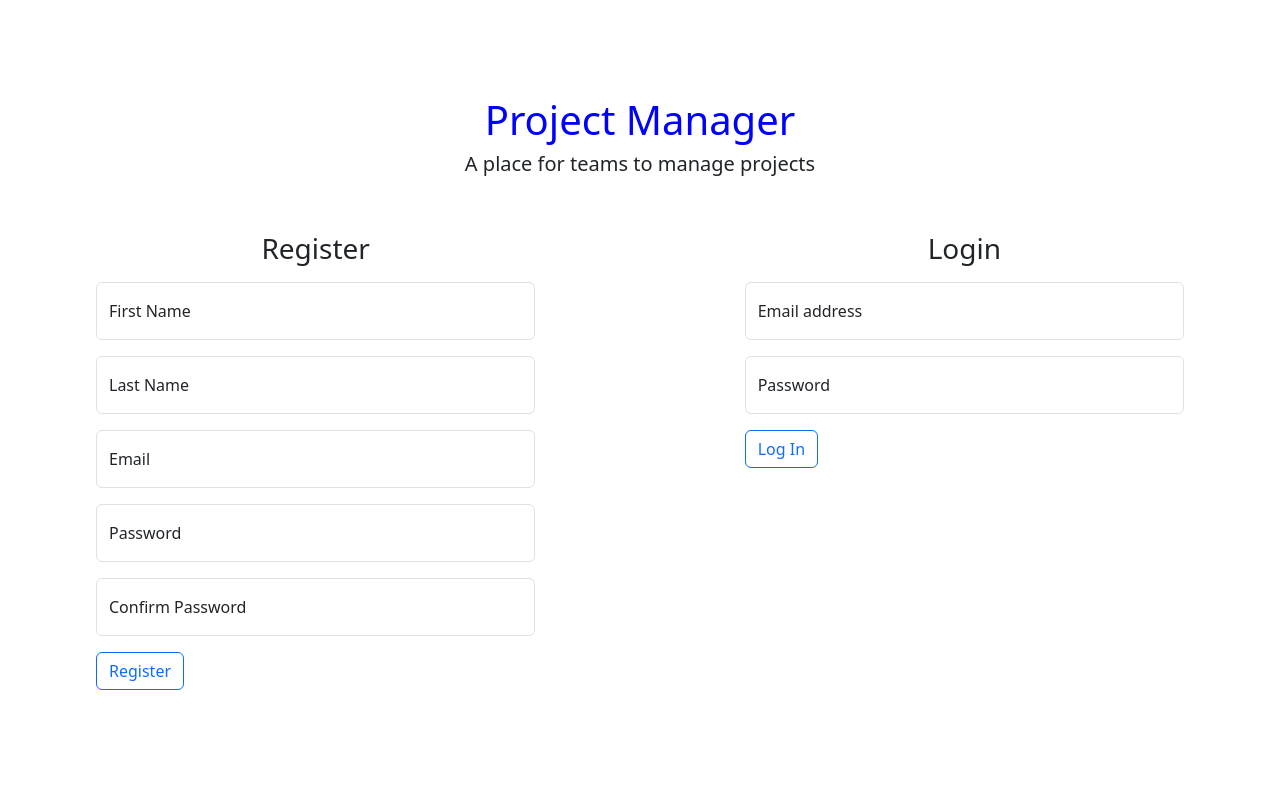
Repository: ShathaMorales/Java-Stack
Page: http://localhost/LoginRegistration/WEB-INF/index.jsp
The author's editor kept a copy of each file at every save. The page is drawn from the files as they stood at one save, then again after the next save.
The browser window is 1280 px wide. The pictures show the whole page.
The page is served by Tomcat 10. Nobody is signed in. Other server files are loaded and not shown. The template is opened directly, without the code that normally fills it, so the values that code supplies are empty.

Above is the page before, as saved 2023-05-13 09:24:40.

### _java/FullSpring/ProjectManager/LoginRegistration/src/main/webapp/WEB-INF/index.jsp
<%@ page language="java" contentType="text/html; charset=UTF-8" pageEncoding="UTF-8"%>
<%@ taglib prefix = "c" uri = "http://java.sun.com/jsp/jstl/core" %>
<%@ taglib uri="http://java.sun.com/jsp/jstl/fmt" prefix="fmt"  %>
<%@ taglib prefix="form" uri="http://www.springframework.org/tags/form"%>
<%@ page isErrorPage="true" %>
<!DOCTYPE html>
<html>
<head>
<meta charset="UTF-8">
<link href="https://cdn.jsdelivr.net/npm/bootstrap@5.3.0-alpha3/dist/css/bootstrap.min.css" rel="stylesheet" integrity="sha384-KK94CHFLLe+nY2dmCWGMq91rCGa5gtU4mk92HdvYe+M/SXH301p5ILy+dN9+nJOZ" crossorigin="anonymous">
<title>Login and Registration</title>
</head>
<body>
	<div class="container-md-fluid m-5 p-5">
    	<div class="row justify-content-between">
    	<h1 style="color:blue"class="text-center">Project Manager</h1>
    	<h5 class="text-center">A place for teams to manage projects</h5>
            <div class = "col-5 mt-5">
    			<h3 class="text-center">Register</h3>
                <form:form action="/register" method="post" modelAttribute="newUser">
                    <div class="form-floating my-3">
                      <form:input path="firstName" class="form-control" name = "firstName" id="floatingInput" placeholder="name@example.com"/>
                      <form:label path="firstName" for="floatingInput">First Name</form:label>
                        <form:errors path="firstName" class = "my-3" style="color: blue;"/>
                    </div>
                    <div class="form-floating my-3">
                      <form:input path="lastName" class="form-control" name = "lastName" id="floatingInput" placeholder="name@example.com"/>
                      <form:label path="lastName" for="floatingInput">Last Name</form:label>
                        <form:errors path="lastName" class = "my-3" style="color: blue;"/>
                    </div>
                    <div class="form-floating my-3">
                      <form:input type="email" path="email" class="form-control" name = "email" id="floatingInput" placeholder="name@example.com"/>
                      <form:label path="email" for="floatingInput">Email</form:label>
                        <form:errors path="email" class = "my-3" style="color: blue;"/>
                    </div>
                    <div class="form-floating my-3">
                      <form:input type="password" path="password" class="form-control" name = "password" id="floatingInput" placeholder="name@example.com"/>
                      <form:label path="password" for="floatingInput">Password</form:label>
                        <form:errors path="password" class = "my-3" style="color: blue;"/>
                    </div>
                    <div class="form-floating my-3">
                      <form:input type="password"  path="confirm" class="form-control" name = "confirm" id="floatingInput" placeholder="name@example.com"/>
                      <form:label path="confirm" for="floatingInput">Confirm Password</form:label>
                        <form:errors path="confirm" class = "my-3" style="color: blue;"/>
                    </div>
                    <button type="submit" class="btn btn-outline-primary align-self-center">Register</button>
                    </form:form>
    		</div>
    		 <div class = "col-5 mt-5">
    			<h3 class="text-center">Login</h3>
                <form:form action="/login" method="post" modelAttribute="newLogin">
                    <div class="form-floating my-3">
                      <form:input type="email" path="email" class="form-control" name = "email" id="floatingInput" placeholder="name@example.com"/>
                      <form:label path="email" for="floatingInput">Email address</form:label>
                        <form:errors path="email" class = "my-3" style="color: blue;"/>
                    </div>
                    <div class="form-floating my-3">
                      <form:input type="password" path="password" class="form-control" name = "password" id="floatingInput" placeholder="name@example.com"/>
                      <form:label path="password" for="floatingInput">Password</form:label>
                        <form:errors path="password" class = "my-3" style="color: blue;"/>
                    </div>
                    <button type="submit" class="btn btn-outline-primary align-self-center">Log In</button>
                    </form:form>
    		</div>
    		</div>
    </div>
</body>
</html>

After the next save:
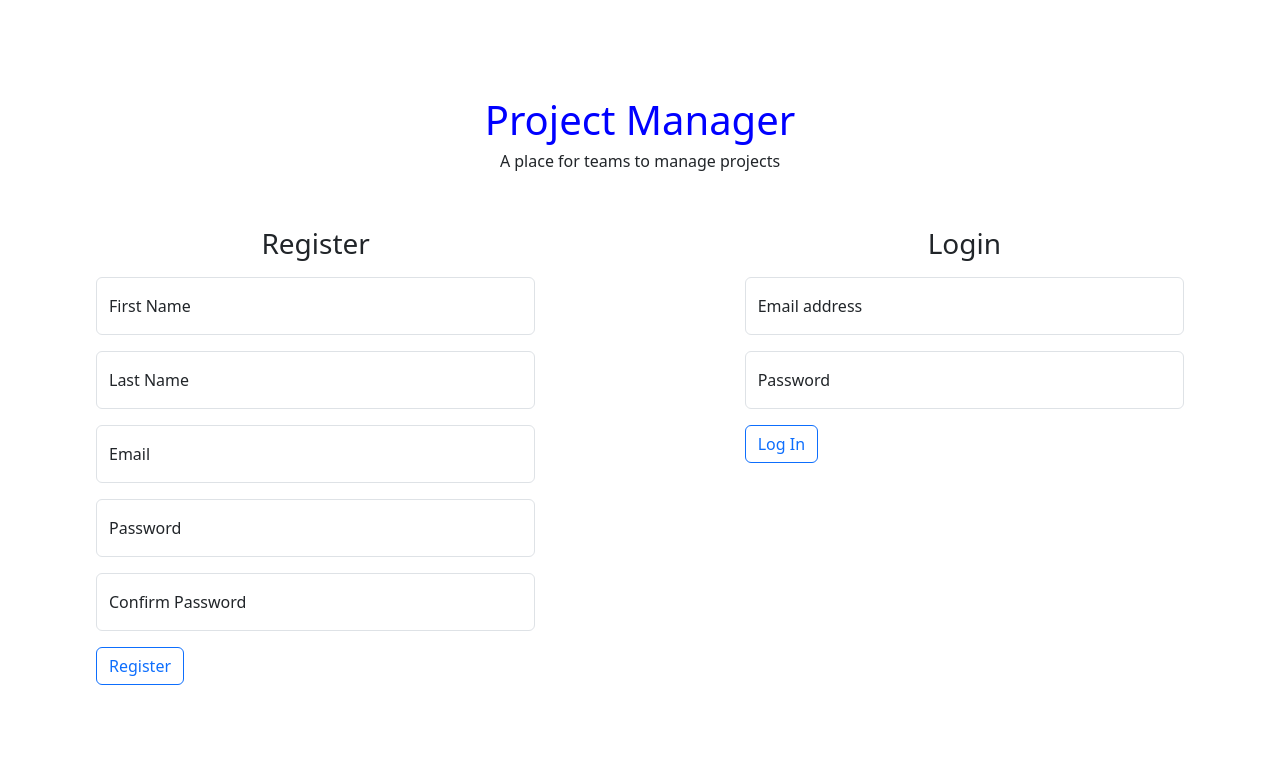
Saved 47 s later.
--- a/_java/FullSpring/ProjectManager/LoginRegistration/src/main/webapp/WEB-INF/index.jsp
+++ b/_java/FullSpring/ProjectManager/LoginRegistration/src/main/webapp/WEB-INF/index.jsp
@@ -14,7 +14,7 @@
 	<div class="container-md-fluid m-5 p-5">
     	<div class="row justify-content-between">
     	<h1 style="color:blue"class="text-center">Project Manager</h1>
-    	<h5 class="text-center">A place for teams to manage projects</h5>
+    	<h6 class="text-center">A place for teams to manage projects</h6>
             <div class = "col-5 mt-5">
     			<h3 class="text-center">Register</h3>
                 <form:form action="/register" method="post" modelAttribute="newUser">
